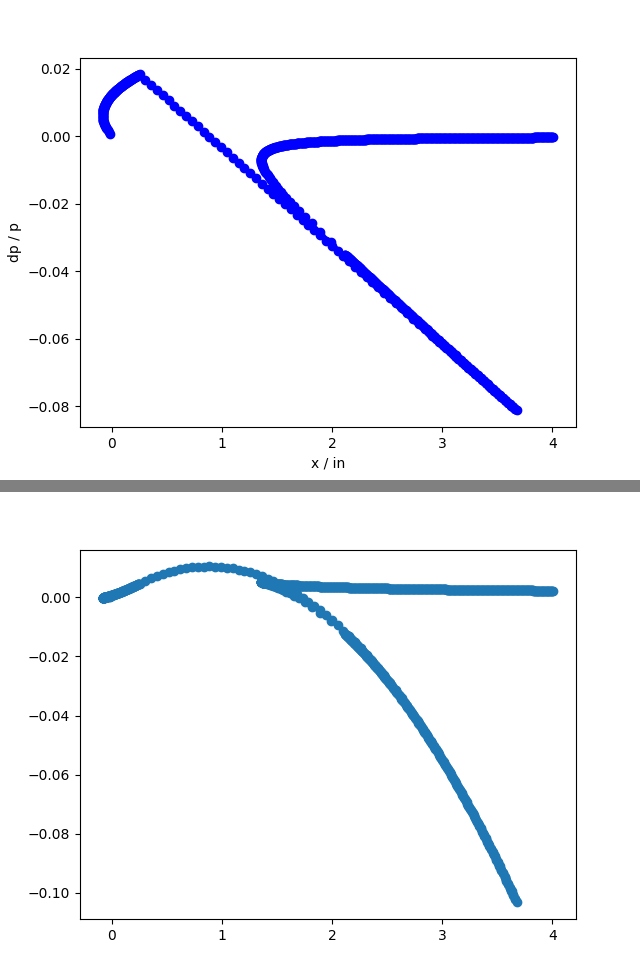
Repository: leiradom/Modified-linear-theory
Script's output: python 3_Shock_correction.py
The author's editor kept a copy of each file at every save. The script's output is drawn from the files as they stood at one save, then again after the next save.
Each picture stacks the figures in order, with grey between them; figures that are only written to a file come last. Random numbers start from a fixed seed.

Above is the script's output before, as saved 2021-04-06 19:00:23.

### 3_Shock_correction.py
'''
激波修正
本程序用于修正激波的非线性扭曲效应，修正方法为HB方法
'''

import math
import numpy as np
import matplotlib.pyplot as plt

pressure = np.loadtxt("pressuremodel3.txt",dtype=np.float64)   #存放未修正的压力信号
a = len(pressure)                                              #未加点时的点数

X = np.ones(a,dtype=np.float64)     #存放x的数组 用于加点用的横坐标数组
Y = np.ones(a,dtype=np.float64)     #存放y的数组 用于加点用的纵坐标数组
b0 = 50                             #每一个 较大的距离之间增加的点数
x0 = np.zeros(b0+1,dtype=np.float64)
y0 = np.zeros(b0+1,dtype=np.float64)

#先将未修正压力信号存入X,Y中
for i in range(0,a):
    c = pressure[i][0]
    d = pressure[i][1]
    #ca = cau[i][1]
    X[i] = c
    Y[i] = d
'''
#没问题
X0 = X
Y0 = Y
'''

#------------1先找出第一个强间断的地方,已经核实，l0没有问题
for i0 in range(0,a-1):
    if(math.sqrt((X[i0+1] - X[i0])**2 + (Y[i0+1] - Y[i0])**2) >1.2):   #1.3
    #if((X[i+1] - X[i]) * (Y[i+1] - Y[i])):
        #px = i0                            #记录此时的i
        #print(px,X[i0])
        l00 = math.sqrt((X[i0+1] - X[i0])**2 + (Y[i0+1] - Y[i0])**2)
        l0 = l00 / 20                     #判断是否要插值的距离 只要大于20倍的最大距离，就要增加点数
        #h0 = ((X[i0+1] - X[i0])/(b0))
        #k0 = ((Y[i0+1] - Y[i0])/(X[i0+1] - X[i0]))  #两点间的斜率
        '''
        #x0[0] = X[i0]
        #y0[0] = Y[i0]
        for j in range(1,b0):
            x0[j] = x0[j-1] + h0
            y0[j] = y0[j-1] + k0 * (x0[j] - x0[j-1])
            print(x0[j],y0[j])
        for k in range(1,b0):
            X = np.insert(X,i0+k,x0[k])
            Y = np.insert(Y,i0+k,y0[k])
        #print(Y[i0]+k0*h0)
        '''
        break
#------------print(l00) #检验是不是，验证了，就是

#print(l00)



#2---------------------给距离较大的地方都进行加点
for i in range(0,a-1):
    li = math.sqrt((X[i+1] - X[i])**2 + (Y[i+1] - Y[i])**2)
    k0 = ((Y[i+1] - Y[i])/(X[i+1] - X[i]))  #两点间的斜率
    #先找到距离较大的点
    if((li >= l0)):
        px = i                       #记录每一个距离较大的地方的i
        h0 = ((X[i+1] - X[i])/(b0))   #每一个都离散成b个点
        #print("px=",px)
        #print("h0=",h0)
        #print("k0=",k0) #第一个k值是对的，第二个k值不是对的
        x0[0] = X[i]
        y0[0] = Y[i]
        for j in range(1,b0):
            x0[j] = x0[j-1] + h0
            y0[j] = y0[j-1] + k0 * (x0[j] - x0[j-1])
        #将增加的点添加到数组内
        for k in range(1,b0):
            X = np.insert(X,i+k,x0[k])
            Y = np.insert(Y,i+k,y0[k])
        a = a + 49


#-------积分部分----------
F = np.ones(a, dtype=np.float64)
F[0] = 0
F[a-1] = 0
s = 0
for i in range(0,a-1):
    #if(X[i+1]>X[i]):
    s0 = 0.5 * (X[i+1] - X[i]) * (Y[i+1] + Y[i])
    #s0 = (((Y0[j+1] + Y0[j]) * (X[j + 1] - X[j])) / (2))    #第(j+1)个梯形的面积
    s = s0 + s    #S为最后的积分
    F[i+1] = s
    print(X[i],Y[i])
    #if(X[i+1]<X[i])
#------积分部分-----------



print("加点前点数：",len(pressure),"加点后点数：",len(X))
#plt.scatter(X0,Y0,c='r')
plt.xlabel("x / in")
plt.ylabel("dp / p")
plt.plot(X,Y,'-o',c='b')
plt.show()
#1.1将补充的点插入原有数组




#积分图像作图
plt.plot(X,F,'-o')
plt.show()

Loaded but not shown: pressuremodel3.txt (698 lines, source omitted); pressuremodel2.txt (699 lines, source omitted)

After the next save:
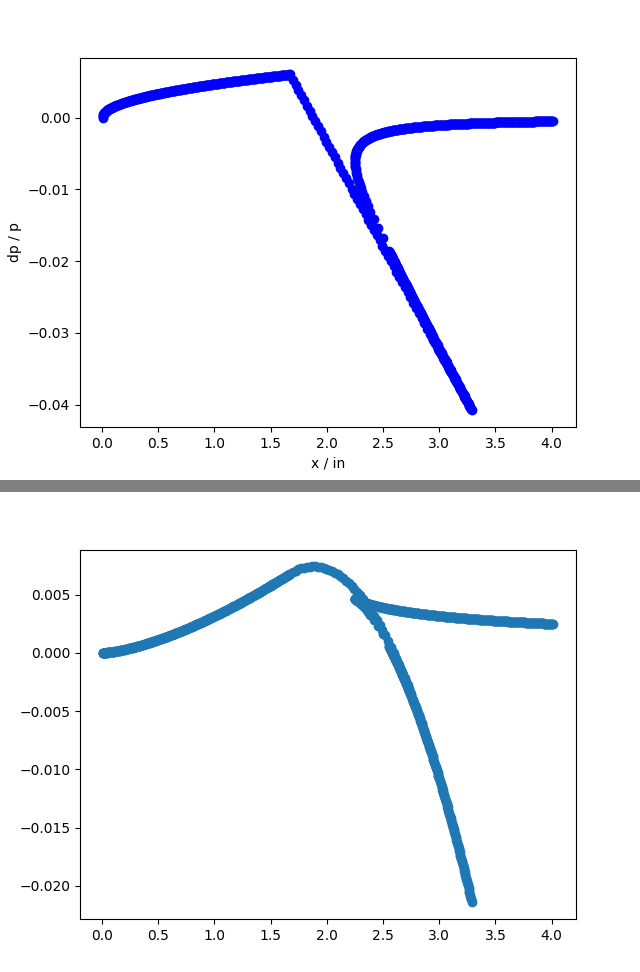
Saved 111 s later.
--- a/3_Shock_correction.py
+++ b/3_Shock_correction.py
@@ -7,7 +7,7 @@ import math
 import numpy as np
 import matplotlib.pyplot as plt
 
-pressure = np.loadtxt("pressuremodel3.txt",dtype=np.float64)   #存放未修正的压力信号
+pressure = np.loadtxt("pressuremodel2.txt",dtype=np.float64)   #存放未修正的压力信号
 a = len(pressure)                                              #未加点时的点数
 
 X = np.ones(a,dtype=np.float64)     #存放x的数组 用于加点用的横坐标数组
